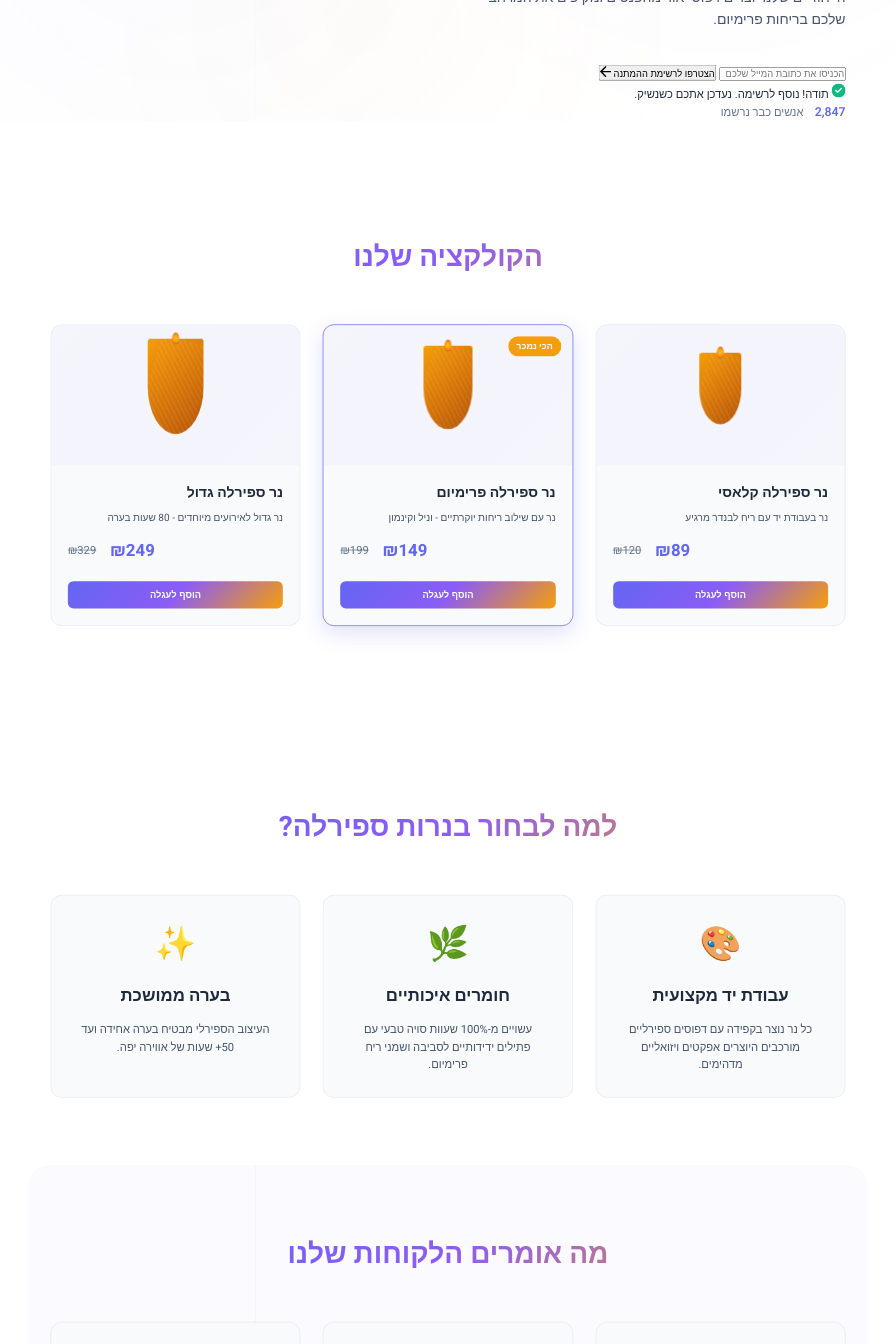
Repository: AvitaRoi/spiralcandles
Page: index.html
An editor plug-in stored every save of this project. The page is shown before and after the next save, followed by the edit.
The browser window is 1280 px wide. The pictures show the part of the page from y = 546 to 2466 px (the page is 3079 px tall before and 2772 px after), at 70% of full size.

Above is the page before, as saved 2025-09-21 20:02:53.

After the next save:
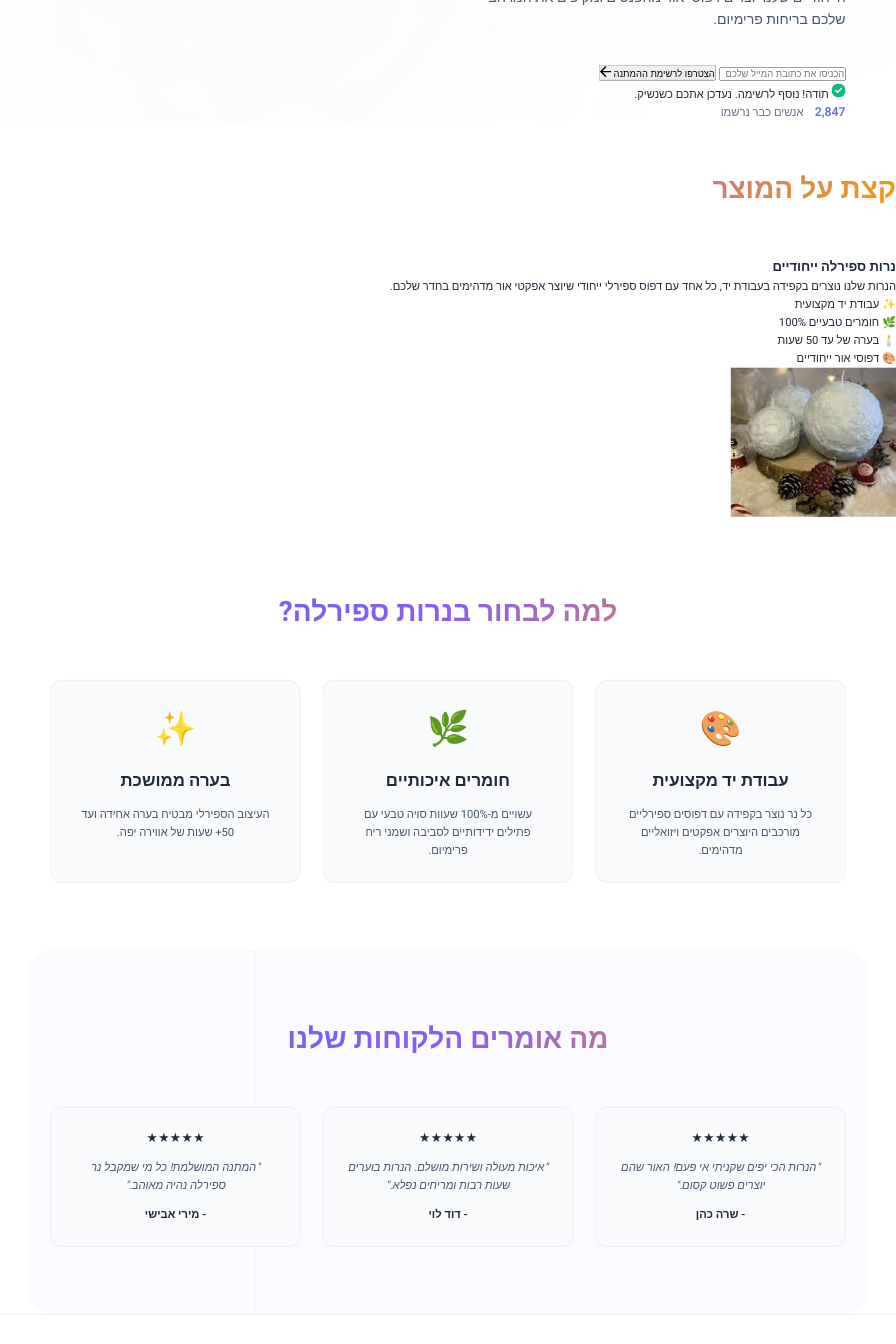
Saved 18 s later.
--- a/index.html
+++ b/index.html
@@ -90,63 +90,24 @@
             </div>
         </main>
 
-        <!-- Products Section -->
-        <section class="products" id="products">
-            <h2 class="section-title">הקולקציה שלנו</h2>
-            <div class="products-grid">
-                <div class="product-card">
-                    <div class="product-image">
-                        <div class="spiral-candle-mini">
-                            <div class="candle-body-mini"></div>
-                            <div class="flame-mini"></div>
-                        </div>
-                    </div>
-                    <div class="product-info">
-                        <h3>נר ספירלה קלאסי</h3>
-                        <p>נר בעבודת יד עם ריח לבנדר מרגיע</p>
-                        <div class="product-price">
-                            <span class="price">₪89</span>
-                            <span class="old-price">₪120</span>
-                        </div>
-                        <button class="product-btn">הוסף לעגלה</button>
-                    </div>
+        <!-- Preview Section -->
+        <section class="preview-section" id="preview">
+            <h2 class="section-title">קצת על המוצר</h2>
+            <div class="preview-content">
+                <div class="preview-text">
+                    <h3>נרות ספירלה ייחודיים</h3>
+                    <p>הנרות שלנו נוצרים בקפידה בעבודת יד, כל אחד עם דפוס ספירלי ייחודי שיוצר אפקטי אור מדהימים בחדר שלכם.</p>
+                    <ul class="feature-list">
+                        <li>✨ עבודת יד מקצועית</li>
+                        <li>🌿 חומרים טבעיים 100%</li>
+                        <li>🕯️ בערה של עד 50 שעות</li>
+                        <li>🎨 דפוסי אור ייחודיים</li>
+                    </ul>
                 </div>
-
-                <div class="product-card featured">
-                    <div class="bestseller-badge">הכי נמכר</div>
-                    <div class="product-image">
-                        <div class="spiral-candle-mini premium">
-                            <div class="candle-body-mini"></div>
-                            <div class="flame-mini"></div>
-                        </div>
-                    </div>
-                    <div class="product-info">
-                        <h3>נר ספירלה פרימיום</h3>
-                        <p>נר עם שילוב ריחות יוקרתיים - וניל וקינמון</p>
-                        <div class="product-price">
-                            <span class="price">₪149</span>
-                            <span class="old-price">₪199</span>
-                        </div>
-                        <button class="product-btn">הוסף לעגלה</button>
-                    </div>
-                </div>
-
-                <div class="product-card">
-                    <div class="product-image">
-                        <div class="spiral-candle-mini large">
-                            <div class="candle-body-mini"></div>
-                            <div class="flame-mini"></div>
-                        </div>
-                    </div>
-                    <div class="product-info">
-                        <h3>נר ספירלה גדול</h3>
-                        <p>נר גדול לאירועים מיוחדים - 80 שעות בערה</p>
-                        <div class="product-price">
-                            <span class="price">₪249</span>
-                            <span class="old-price">₪329</span>
-                        </div>
-                        <button class="product-btn">הוסף לעגלה</button>
-                    </div>
+                <div class="preview-image">
+                    <img src="/Users/roiavita/Desktop/Roi/Finalle/spiralcandles/public/main-candle-1.jpeg"
+                         alt="פרטי נר ספירלה"
+                         class="detail-image">
                 </div>
             </div>
         </section>
